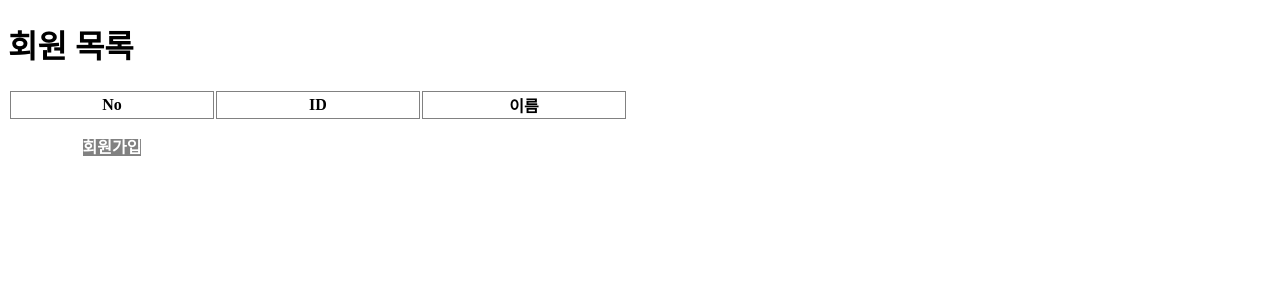
Repository: geonyoung112/Jsp_practice
Page: http://localhost/lcomputerstudy/list.do
These files come from the project's save history. The page is drawn as it stood at one moment and after the next save; the edit follows.
The browser window is 1280 px wide. The pictures show the whole page.
The page is served by Tomcat 9. Queries for data that is not in the repository find no rows.

Above is the page before, as saved 2023-04-18 00:40:26.

After the next save:
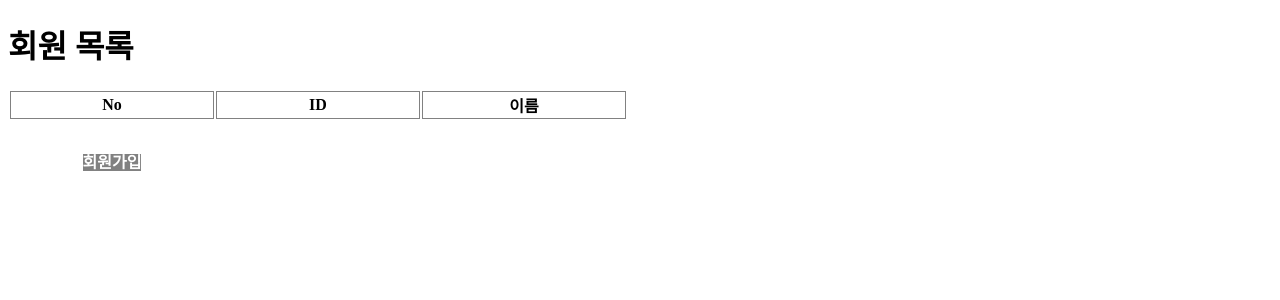
Saved 17 s later.
--- a/lcomputerstudy/src/main/webapp/test2/userlist.jsp
+++ b/lcomputerstudy/src/main/webapp/test2/userlist.jsp
@@ -42,9 +42,9 @@
 				<td>${user.u_name}</td>
 		     </tr>
 		</c:forEach>
-			 <tr style="height:50px;">
+			 <tr style="height:80px;">
 				<td style="border:none;">
-					<a href="newjoin.do?u_idx=${user.u_idx}" style="width:80%;font-weight:700;background-color:#818181;color:#fff;">회원가입</a>
+					<a href="newjoin.do?u_idx=${user.u_idx}" style="width:70%;font-weight:700;background-color:#818181;color:#fff;">회원가입</a>
 				</td>
 			</tr>
 	</table>

After the save that followed:
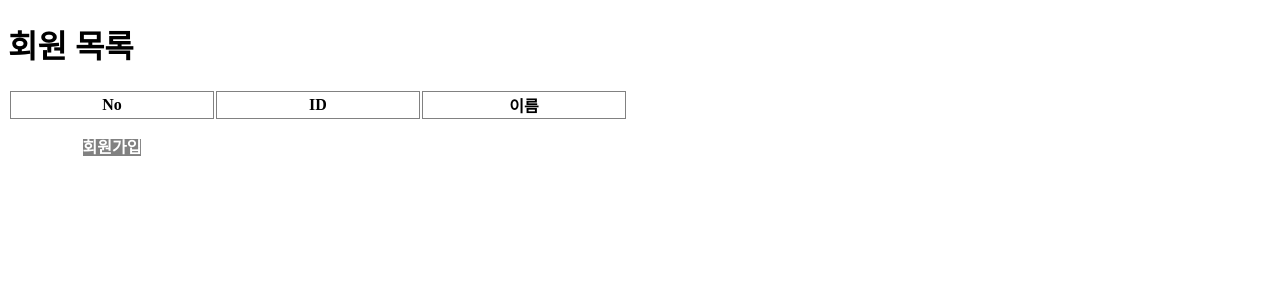
Saved 6 s later.
--- a/lcomputerstudy/src/main/webapp/test2/userlist.jsp
+++ b/lcomputerstudy/src/main/webapp/test2/userlist.jsp
@@ -42,7 +42,7 @@
 				<td>${user.u_name}</td>
 		     </tr>
 		</c:forEach>
-			 <tr style="height:80px;">
+			 <tr style="height:50px;">
 				<td style="border:none;">
 					<a href="newjoin.do?u_idx=${user.u_idx}" style="width:70%;font-weight:700;background-color:#818181;color:#fff;">회원가입</a>
 				</td>
